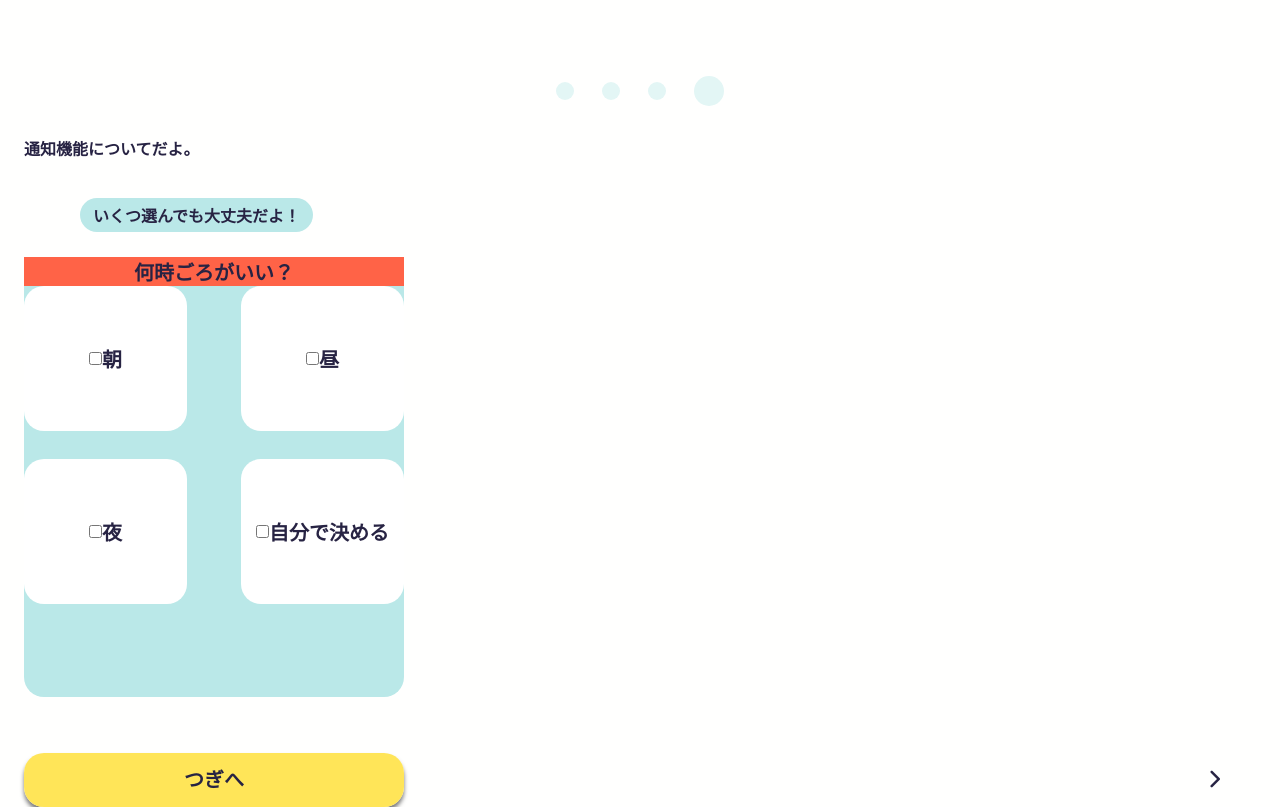
Repository: misaki0919/Self-care
Page: notice.html
An editor plug-in stored every save of this project. The page is shown before and after the next save, followed by the edit.
The browser window is 1280 px wide. The pictures show the whole page.
Some web fonts or font styles are not loaded; a fallback is used.

Above is the page before, as saved 2026-07-19 22:24:41.

### notice.html
<!DOCTYPE html>
<html lang="jp">
<head>
    <meta charset="UTF-8">
    <meta name="viewport" content="width=device-width, initial-scale=1.0">
    <title>通知画面</title>
    <link rel="stylesheet" href="css/ress.css">
    <link href="css/notice.css" rel="stylesheet">
    <link rel="preconnect" href="https://fonts.googleapis.com">
    <link rel="preconnect" href="https://fonts.gstatic.com" crossorigin>
    <link href="https://fonts.googleapis.com/css2?family=Archivo+Black&family=Noto+Serif+JP:wght@200..900&family=Zen+Maru+Gothic&display=swap" rel="stylesheet">

</head>
<body>
    <div class="circle_wrap">
        <div class="circle"></div>
        <div class="circle"></div>
        <div class="circle"></div>
        <div class="diffrent_circle"></div>
    </div>
    <p class="function zen-maru-gothic-regular">通知機能についてだよ。</p>
    <p class="choose zen-maru-gothic-regular">いくつ選んでも大丈夫だよ！</p>
    <div class="wrap">
        <p class="time zen-maru-gothic-regular">何時ごろがいい？</p>
        <ul class="zen-maru-gothic-regular">
            <li>
                <input type="checkbox" id="todo1">
                <label for="todo1">
                朝
                </label>
            </li>
            <li>
                <input type="checkbox" id="todo2">
                <label for="todo2">
                昼
                </label>
            </li>
            <li>
                <input type="checkbox" id="todo3">
                <label for="todo3">
                夜
                </label>
            </li>
            <li>
                <input type="checkbox" id="todo4">
                <label for="todo4">
                自分で決める
                </label>
            </li>
        </ul>
    </div>
    <div class="images-wrap">
        <a href="notice.html" class="next zen-maru-gothic-regular">つぎへ</a>
        <img class="images" src="images/next.png" alt="画像">
    </div>
</body>
</html>

### css/ress.css
html{-webkit-text-size-adjust:100%;box-sizing:border-box;-moz-tab-size:4;tab-size:4;word-break:normal}*,:after,:before{background-repeat:no-repeat;box-sizing:inherit}:after,:before{text-decoration:inherit;vertical-align:inherit}*{margin:0;padding:0}hr{color:inherit;height:0;overflow:visible}details,main{display:block}summary{display:list-item}small{font-size:80%}[hidden]{display:none}abbr[title]{border-bottom:none;text-decoration:underline;text-decoration:underline dotted}a{background-color:transparent}a:active,a:hover{outline-width:0}code,kbd,pre,samp{font-family:monospace,monospace}pre{font-size:1em}b,strong{font-weight:bolder}sub,sup{font-size:75%;line-height:0;position:relative;vertical-align:baseline}sub{bottom:-.25em}sup{top:-.5em}table{border-color:inherit;text-indent:0}iframe{border-style:none}input{border-radius:0}[type=number]::-webkit-inner-spin-button,[type=number]::-webkit-outer-spin-button{height:auto}[type=search]{-webkit-appearance:textfield;outline-offset:-2px}[type=search]::-webkit-search-decoration{-webkit-appearance:none}textarea{overflow:auto;resize:vertical}button,input,optgroup,select,textarea{font:inherit}optgroup{font-weight:700}button{overflow:visible}button,select{text-transform:none}[role=button],[type=button],[type=reset],[type=submit],button{cursor:pointer}[type=button]::-moz-focus-inner,[type=reset]::-moz-focus-inner,[type=submit]::-moz-focus-inner,button::-moz-focus-inner{border-style:none;padding:0}[type=button]::-moz-focus-inner,[type=reset]::-moz-focus-inner,[type=submit]::-moz-focus-inner,button:-moz-focusring{outline:1px dotted ButtonText}[type=reset],[type=submit],button,html [type=button]{-webkit-appearance:button}button,input,select,textarea{background-color:transparent;border-style:none}a:focus,button:focus,input:focus,select:focus,textarea:focus{outline-width:0}select{-moz-appearance:none;-webkit-appearance:none}select::-ms-expand{display:none}select::-ms-value{color:currentColor}legend{border:0;color:inherit;display:table;max-width:100%;white-space:normal}::-webkit-file-upload-button{-webkit-appearance:button;color:inherit;font:inherit}[disabled]{cursor:default}img{border-style:none}progress{vertical-align:baseline}[aria-busy=true]{cursor:progress}[aria-controls]{cursor:pointer}[aria-disabled=true]{cursor:default}

### css/notice.css
body{
    background-color: #FFFFFE;
    color: #272343;
    /* padding-left: 24px;
    padding-right: 24px; */
}
.zen-maru-gothic-regular {
    font-family: "Zen Maru Gothic", sans-serif;
    font-weight: 600;
    font-style: normal;
}
.circle_wrap{
    display: flex;
    justify-content: center;
    margin-top: 76px;
    gap: 28px;
    align-items: center;
    .diffrent_circle{
        width: 30px;
        height: 30px;
        background-color: #E3F6F5;
        border-radius: 50%;

    }
    .circle{
        width: 18px;
        height: 18px;
        background-color: #E3F6F5;
        border-radius: 50%;
        text-align: center;

    }
}
.function{
    font-size: 16px;
    margin-top: 30px;
    margin-left: 24px;
}
.choose{
    font-size: 16px;
    background-color: #BAE8E8;
    border-radius: 20px;
    width: 233px;
    height: 34px;
    display: flex;
    justify-content: center;
    align-items: center;
    margin-left: 80px;
    margin-bottom: 25px;
    margin-top: 38px;
}
.wrap{
    background-color: #BAE8E8;
    width: 380px;
    height: 440px;
    margin: 0 24px;
    margin-bottom: 67px;
    border-radius: 20px;
    .time{
        background-color: tomato;
        font-size: 20px;
        text-align: center;

    }
        ul{
        display: flex;
        justify-content: space-between;
        flex-wrap: wrap;
        padding:0;
        gap: 28px;
        li{
            list-style: none;
            background-color: #FFFFFF;
            display: flex;
            justify-content: center;
            border-radius: 20px;
            width: 163px;
            height: 145px;
            font-size: 20px;
            justify-content: center;
            align-items: center;
            /* padding: 0 14px; */
        }
        }

}

images-wrap{
    position: relative;
}

.next{
    margin-left: 24px;
    font-size: 20px;
    background-color: #FFE558;
    border-radius: 20px;
    padding: 16px 160px;
    text-align: center;
    text-decoration: none;
    color: #272343;
    box-shadow: #7b7b7b 0px 4px 4px 0px;
}

.images{
    width: 30px;
    position: absolute;
    right: 20px;
    /* background-color: tomato; */
    margin-right: 30px;
}

After the next save:
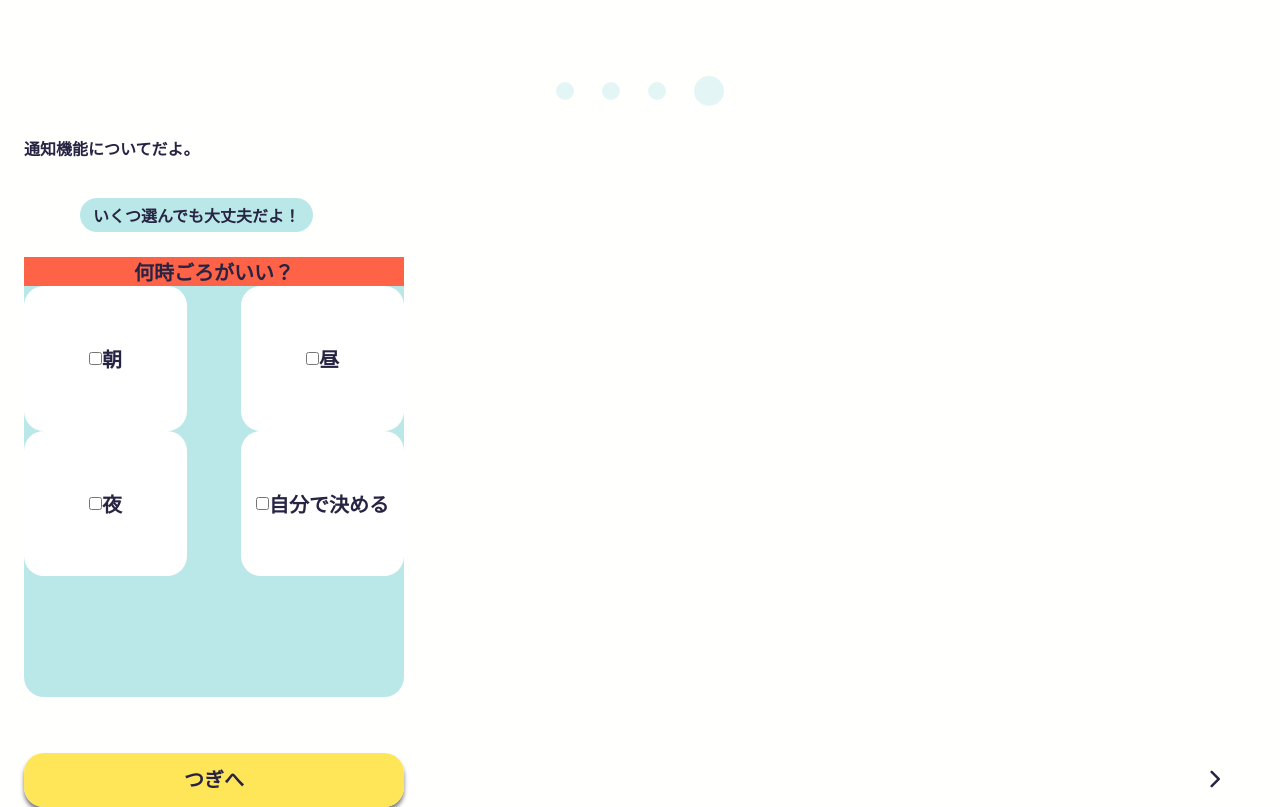
Saved 73 s later.
--- a/css/notice.css
+++ b/css/notice.css
@@ -67,7 +67,7 @@ body{
         justify-content: space-between;
         flex-wrap: wrap;
         padding:0;
-        gap: 28px;
+        /* gap: 28px; */
         li{
             list-style: none;
             background-color: #FFFFFF;

After the 4 saves that followed:
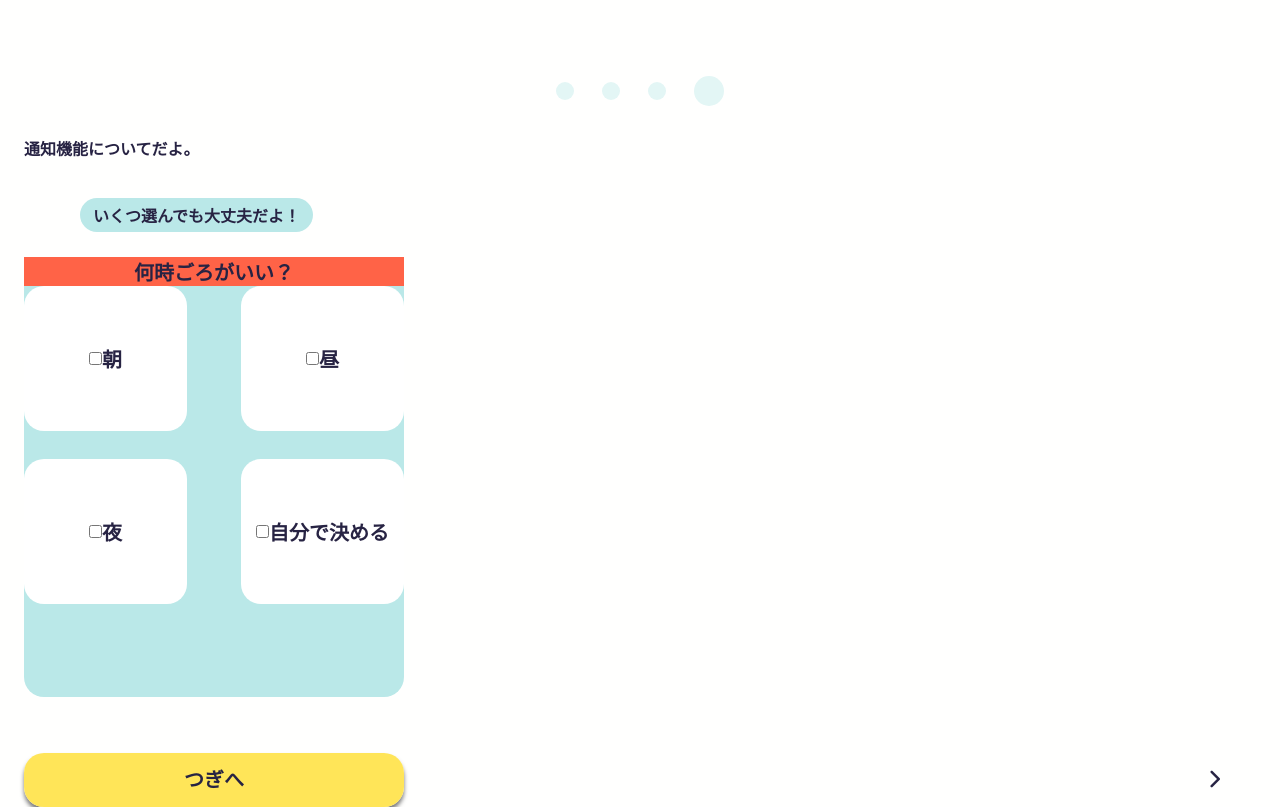
The 4 saves are shown as one change because 2 left the picture as it was and some came seconds apart.
The last was saved 2 min 54 s later.
--- a/css/notice.css
+++ b/css/notice.css
@@ -56,6 +56,7 @@ body{
     margin: 0 24px;
     margin-bottom: 67px;
     border-radius: 20px;
+
     .time{
         background-color: tomato;
         font-size: 20px;
@@ -67,7 +68,7 @@ body{
         justify-content: space-between;
         flex-wrap: wrap;
         padding:0;
-        /* gap: 28px; */
+        gap: 28px;
         li{
             list-style: none;
             background-color: #FFFFFF;
